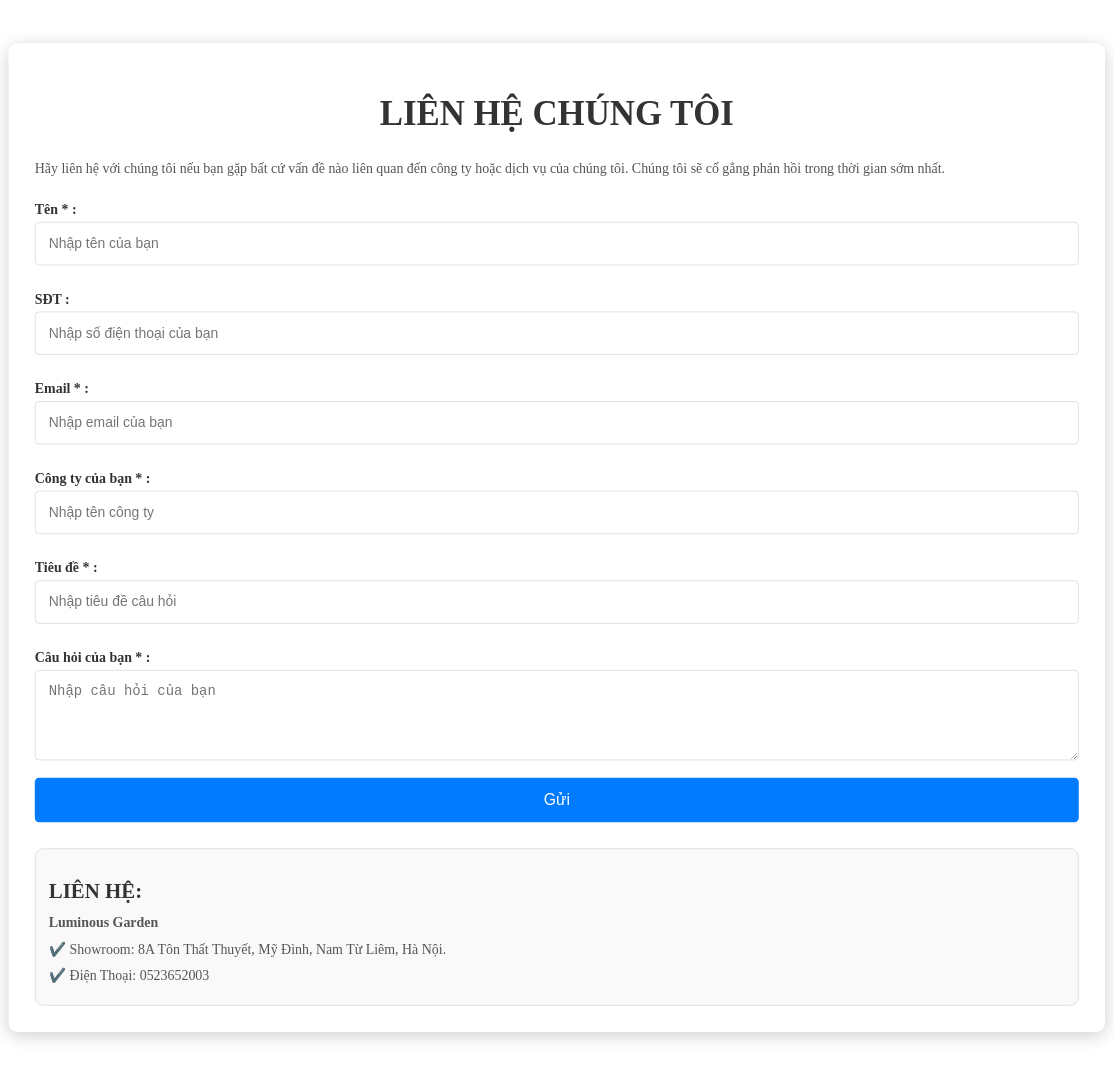
Repository: Nghia251506/eproject
Page: http://localhost/eproject/app/views/layouts/contact.php
The author's editor kept a copy of each file at every save. The page is drawn from the files as they stood at one save, then again after the next save.
The browser window is 1280 px wide. The pictures show the whole page, at 87% of full size.
The page is run by PHP 8.4 with error messages shown; the project is at /var/www/html/.

Above is the page before, as saved 2024-10-05 18:03:31.

### app/views/layouts/contact.php
<!DOCTYPE html>
<html lang="vi">
<head>
    <meta charset="UTF-8">
    <meta name="viewport" content="width=device-width, initial-scale=1.0">
    <title>Liên Hệ Chúng Tôi</title>
    <link rel="stylesheet" href="http://localhost/eproject/app/assets/css/contact.css">
</head>
<body>

    <div class="container">
        <h1>LIÊN HỆ CHÚNG TÔI</h1>
        <p>Hãy liên hệ với chúng tôi nếu bạn gặp bất cứ vấn đề nào liên quan đến công ty hoặc dịch vụ của chúng tôi. Chúng tôi sẽ cố gắng phản hồi trong thời gian sớm nhất.</p>

        <form>
            <label for="name">Tên * :</label>
            <input type="text" id="name" required placeholder="Nhập tên của bạn">

            <label for="phone">SĐT :</label>
            <input type="tel" id="phone" placeholder="Nhập số điện thoại của bạn">

            <label for="email">Email * :</label>
            <input type="email" id="email" required placeholder="Nhập email của bạn">

            <label for="company">Công ty của bạn * :</label>
            <input type="text" id="company" required placeholder="Nhập tên công ty">

            <label for="title">Tiêu đề * :</label>
            <input type="text" id="title" required placeholder="Nhập tiêu đề câu hỏi">

            <label for="question">Câu hỏi của bạn * :</label>
            <textarea id="question" rows="4" required placeholder="Nhập câu hỏi của bạn"></textarea>

            <button type="submit">Gửi</button>
        </form>

        <div class="contact-info">
            <h2>LIÊN HỆ:</h2>
            <p><strong>Luminous Garden</strong></p>
            <p>✔️  Showroom: 8A Tôn Thất Thuyết, Mỹ Đình, Nam Từ Liêm, Hà Nội.</p>
            <p>✔️  Điện Thoại: 0523652003</p>
        </div>
    </div>

</body>
</html>

### app/assets/css/contact.css
/* styles.css */

body {
    /* background: url('http://localhost/eproject/app/assets/data/slider-1-min.jpg') no-repeat center center fixed; */
    background-size: cover;
    margin: 0;
    padding: 0;
}

.container {
    max-width: 1200px;
    margin: 50px auto;
    background: rgba(255, 255, 255, 0.9); /* Nền trắng trong suốt */
    padding: 30px;
    border-radius: 10px;
    box-shadow: 0 4px 20px rgba(0, 0, 0, 0.2);
}

h1 {
    text-align: center;
    color: #333;
    font-size: 2.5em; /* Kích thước tiêu đề lớn hơn */
}

p {
    color: #555;
    line-height: 1.6;
}

form {
    display: flex;
    flex-direction: column;
}

label {
    margin: 10px 0 5px;
    color: #333;
    font-weight: bold; /* In đậm chữ label */
}

input, textarea {
    padding: 15px;
    border: 1px solid #ddd;
    border-radius: 5px;
    margin-bottom: 20px;
    font-size: 16px;
    transition: border-color 0.3s; /* Hiệu ứng chuyển tiếp cho border */
}

input:focus, textarea:focus {
    border-color: #007BFF; /* Đổi màu border khi focus */
    outline: none;
}

button {
    padding: 15px;
    background-color: #007BFF;
    color: white;
    border: none;
    border-radius: 5px;
    font-size: 18px;
    cursor: pointer;
    transition: background-color 0.3s; /* Hiệu ứng chuyển tiếp cho nút */
}

button:hover {
    background-color: #0056b3; /* Đổi màu khi hover */
}

.contact-info {
    margin-top: 30px;
    padding: 15px;
    background: #f9f9f9;
    border-radius: 10px;
    border: 1px solid #ddd;
}

.contact-info h2 {
    margin-bottom: 10px;
    color: #333;
}

.contact-info p {
    margin: 5px 0;
}

After the next save:
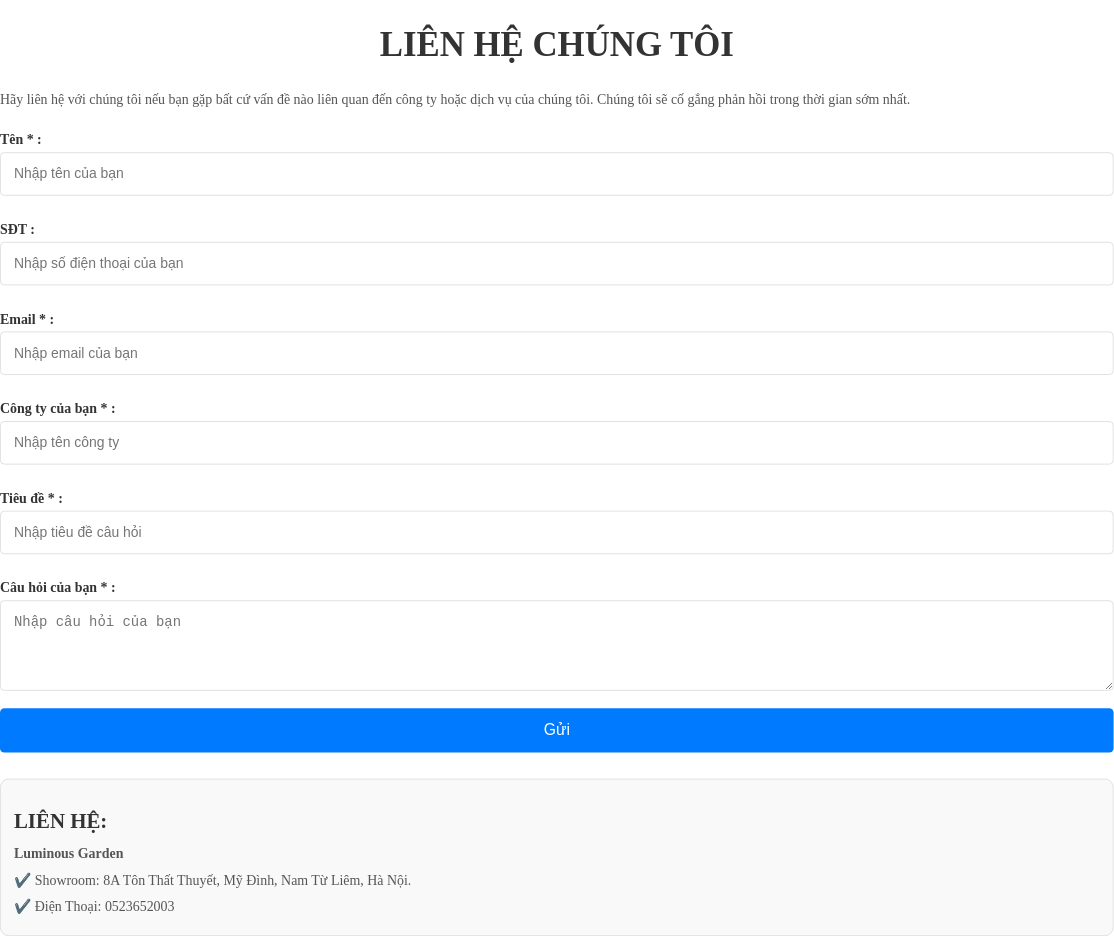
Saved 30 min 15 s later.
--- a/app/views/layouts/contact.php
+++ b/app/views/layouts/contact.php
@@ -8,7 +8,7 @@
 </head>
 <body>
 
-    <div class="container">
+    <div class="container-">
         <h1>LIÊN HỆ CHÚNG TÔI</h1>
         <p>Hãy liên hệ với chúng tôi nếu bạn gặp bất cứ vấn đề nào liên quan đến công ty hoặc dịch vụ của chúng tôi. Chúng tôi sẽ cố gắng phản hồi trong thời gian sớm nhất.</p>
 

After the 4 saves that followed:
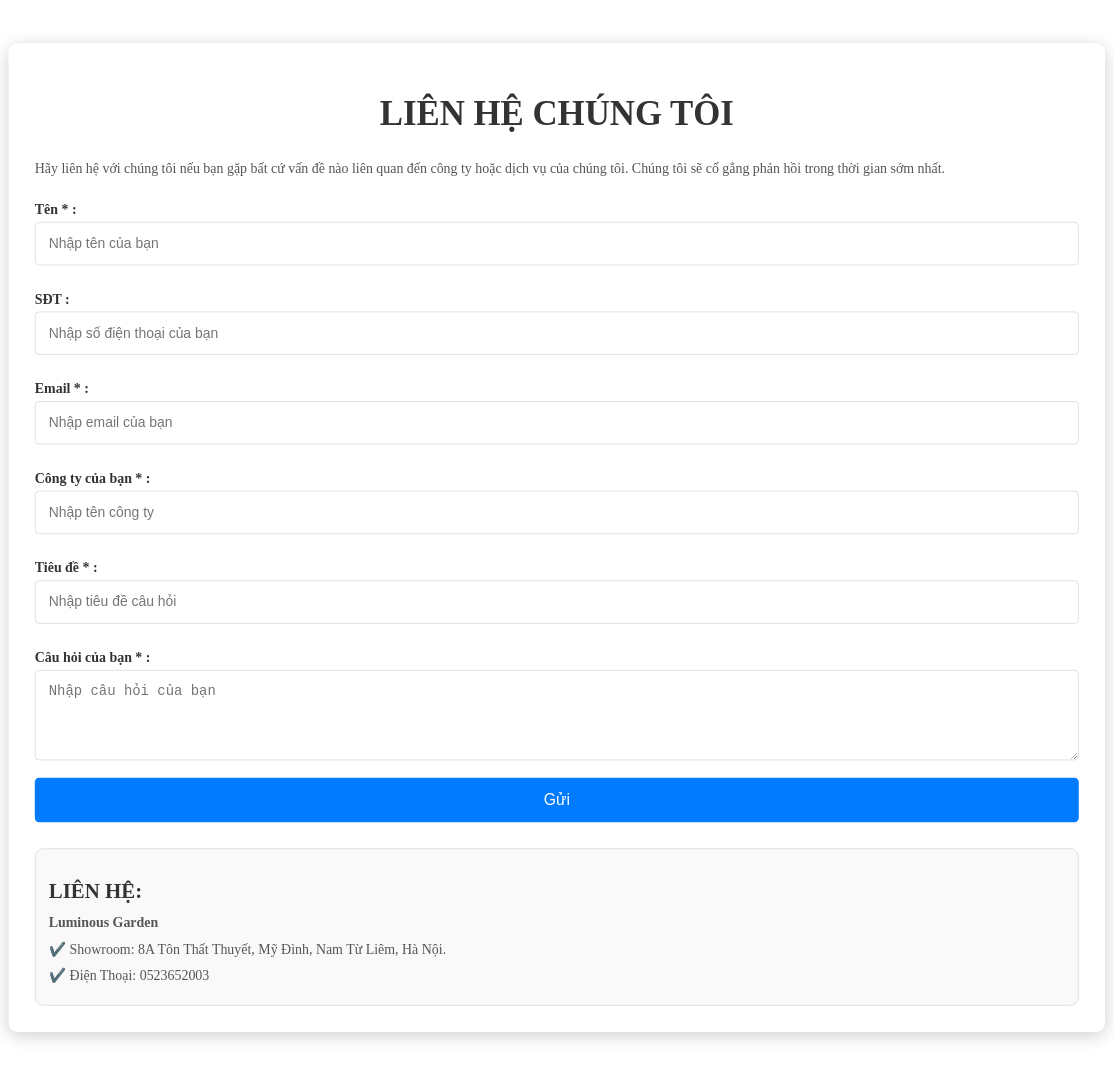
The 4 saves are shown as one change because 1 left the picture as it was and some came seconds apart.
The last was saved 22 s later.
--- a/app/views/layouts/contact.php
+++ b/app/views/layouts/contact.php
@@ -8,7 +8,7 @@
 </head>
 <body>
 
-    <div class="container-">
+    <div class="container-contact">
         <h1>LIÊN HỆ CHÚNG TÔI</h1>
         <p>Hãy liên hệ với chúng tôi nếu bạn gặp bất cứ vấn đề nào liên quan đến công ty hoặc dịch vụ của chúng tôi. Chúng tôi sẽ cố gắng phản hồi trong thời gian sớm nhất.</p>
 
--- a/app/assets/css/contact.css
+++ b/app/assets/css/contact.css
@@ -7,7 +7,7 @@ body {
     padding: 0;
 }
 
-.container {
+.container-contact {
     max-width: 1200px;
     margin: 50px auto;
     background: rgba(255, 255, 255, 0.9); /* Nền trắng trong suốt */
@@ -16,7 +16,7 @@ body {
     box-shadow: 0 4px 20px rgba(0, 0, 0, 0.2);
 }
 
-h1 {
+.container-contact h1 {
     text-align: center;
     color: #333;
     font-size: 2.5em; /* Kích thước tiêu đề lớn hơn */
